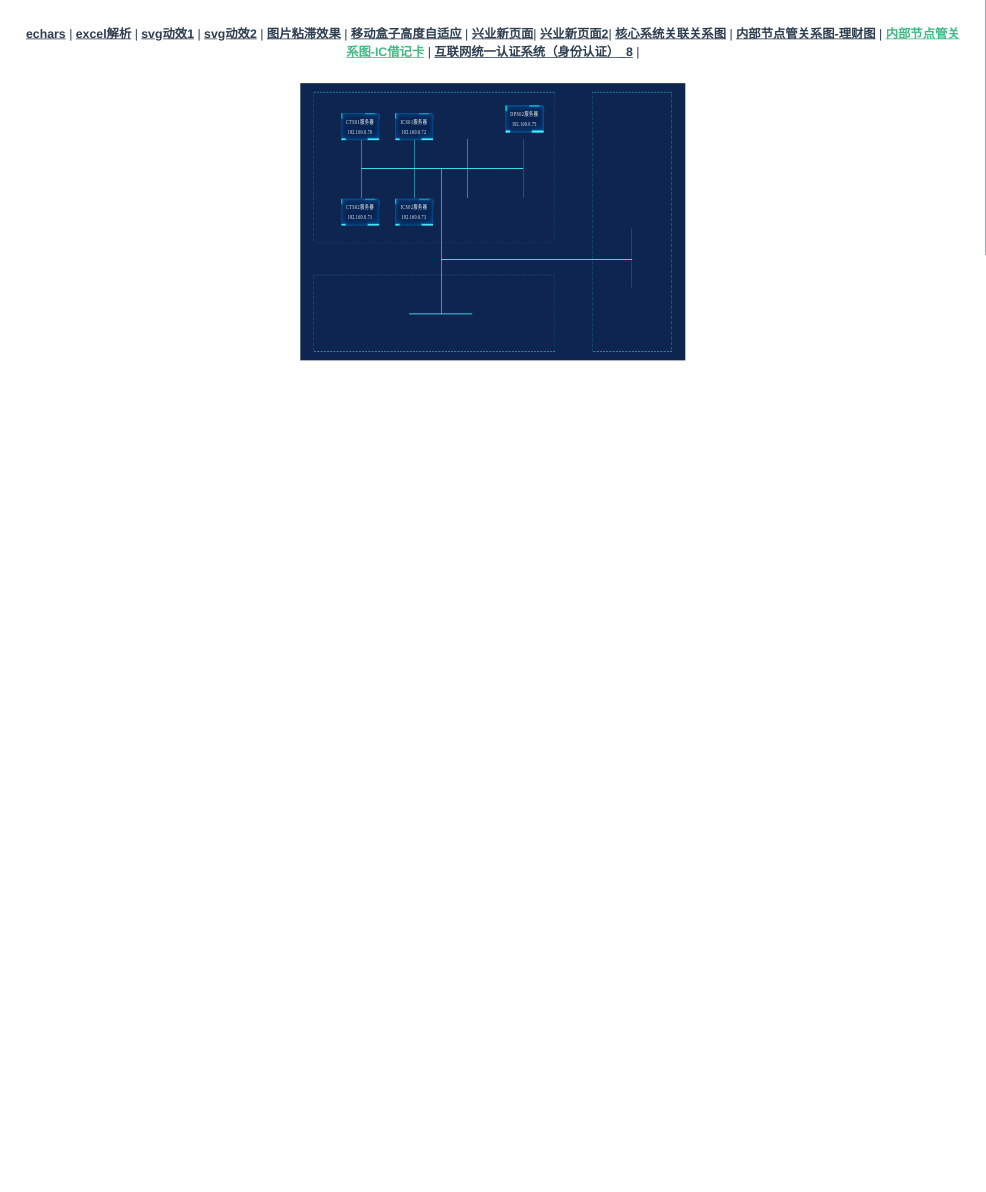
Repository: dmj199811/animation-dmj
Page: /#/work-page7
The author's editor kept a copy of each file at every save. The page is drawn from the files as they stood at one save, then again after the next save.
The browser window is 1280 px wide. The pictures show the whole page, at 77% of full size.
The project was rebuilt for these pictures with package versions that can differ from the ones it lists, and the page was loaded fresh each time.

Above is the page before, as saved 2020-07-05 13:13:51.

### src/App.vue
<template>
  <div id="app">
    <div id="nav"
         v-if="this.$store.state.pageShow">
      <router-link to="/">echars</router-link> |
      <router-link to="/xlsx-example">excel解析</router-link> |
      <router-link to="/svg-example1">svg动效1</router-link> |
      <router-link to="/svg-example2">svg动效2</router-link> |
      <router-link to="/work-message">图片粘滞效果</router-link> |
      <router-link to="/work-page2">移动盒子高度自适应</router-link> |
      <router-link to="/work-page3">兴业新页面</router-link>|
      <router-link to="/work-page4">兴业新页面2</router-link>|
      <router-link to="/work-page5">核心系统关联关系图</router-link> |
      <router-link to="/work-page6">内部节点管关系图-理财图</router-link> |
      <router-link to="/work-page7">内部节点管关系图-IC借记卡</router-link> |
      <router-link to="/work-page8">互联网统一认证系统（身份认证）_8</router-link> |
    </div>
    <router-view />
  </div>
</template>

<style lang="less">
body {
  margin: 0;
}
#app {
  font-family: Avenir, Helvetica, Arial, sans-serif;
  -webkit-font-smoothing: antialiased;
  -moz-osx-font-smoothing: grayscale;
  text-align: center;
  color: #2c3e50;
}

#nav {
  padding: 30px;

  a {
    font-weight: bold;
    color: #2c3e50;

    &.router-link-exact-active {
      color: #42b983;
    }
  }
}
</style>

### src/router/index.js
import Vue from 'vue'
import VueRouter from 'vue-router'

Vue.use(VueRouter)

const routes = [
  {
    path: '/',
    redirect: '/circle-echarts',
  },
  {
    path: '/circle-echarts',
    name: 'ani2',
    component: () => import('../views/circle-echarts/index.vue')
  },
  {
    path: '/xlsx-example',
    name: 'xlsx1',
    component: () => import('../views/xlsx1/index.vue')
  },
  {
    path: '/svg-example1',
    name: 'svg1',
    component: () => import('../views/svg1/index.vue')
  },
  {
    path: '/svg-example2',
    name: 'svg2',
    component: () => import('../views/svg2/index.vue')
  },
  {
    path: '/work-message',
    name: 'message1',
    component: () => import('../views/work/message/index.vue')
  },
  {
    path: '/work-page2',
    name: 'show1',
    component: () => import('../views/work/show1/index.vue')
  },
  {
    path: '/work-page3',
    name: 'show2',
    component: () => import('../views/newPage/index.vue')
  },
  {
    path: '/work-page4',
    name: 'show2',
    component: () => import('../views/newPage2/index.vue')
  },
  {
    path: '/work-page5',
    name: 'show3',
    component: () => import('../views/newPage3/index.vue')
  },
  {
    path: '/work-page6',
    name: 'show4',
    component: () => import('../views/newPage4/index.vue')
  },
  {
    path: '/work-page7',
    name: 'show5',
    component: () => import('../views/newPage5/index.vue')
  },
  {
    path: '/work-page8',
    name: 'show6',
    component: () => import('../views/newPage6/index.vue')
  },
]

const router = new VueRouter({
  routes
})

export default router

### src/views/newPage5/index.vue
<template>
  <div class="box">
    <div class="use-box">
      <div class="use-box-bg">


        <div class="deal-server pos1">
            <div class="deal-server-item">
              <div>CTS01服务器</div>
              <div>192.169.0.70</div>
            </div>
        </div>
        <div class="deal-server pos2">
            <div class="deal-server-item">
              <div>CTS02服务器</div>
              <div>192.169.0.71</div>
            </div>
          </div>
        <div class="deal-server pos3">
            <div class="deal-server-item">
              <div>ICS01服务器</div>
              <div>192.169.0.72</div>
            </div>
          </div>
        <div class="deal-server pos4">
            <div class="deal-server-item">
              <div>ICS02服务器</div>
              <div>192.169.0.73</div>
            </div>
          </div>
        <div class="deal-server pos5">
            <div class="deal-server-item">
              <div>DPS01服务器</div>
              <div>192.169.0.74</div>
            </div>
          </div>
        <div class="deal-server pos5">
            <div class="deal-server-item">
              <div>DPS02服务器</div>
              <div>192.169.0.75</div>
            </div>
          </div>

      </div>
    </div>
  </div>
</template>
<script>
export default {
  data () {
    return {}
  },
  mounted () {
    this.fullScreen()
    let a = {
      'ATM系统': 'N',
      '网上银行域': 'E',
      'IC借记卡系统': 'N',
      'CFP系统': 'W',
      '电话银行域': 'E',
      '金卡系统': 'N',
      '零售信贷系统': 'W',
      '联机交易转发平台': 'N',
      '核心联机交易平台': 'E',
      'OFEP': 'W',
      '会计辅助管理系统': 'W',
      '业务策略管控平台': 'E',
      '历史检索系统': 'N',
      '企业数据集成平台': 'N',
      '银联数据综合前置系统': 'E',
      '理财卡外包制卡系统': 'W',
      '数据仓库系统': 'E',
      '统一报表系统': 'W',
      '企业CRM系统': 'N'
    }

    this.dataToArray(a)
    window.onresize = () => {
      this.fullScreen()
    }
  },
  methods: {
    fullScreen () {
      $('.box').css('transform', `scale(${document.documentElement.clientWidth / 3840},${document.documentElement.clientHeight / 1440})`)
    },
    dataToArray (data) {

    }
  }
}
</script>
<style lang="less" scoped>
.box {
  text-align: left;
  transform-origin: 0 0;
  width: 3840px;
  height: 1440px;
}
.use-box {
  font-size: 18px;
  width: 1500px;
  box-sizing: border-box;
  height: 720px;
  background: #0e2550;
  margin: 0 auto;
  color: white;
}
.use-box div {
  box-sizing: border-box;
}

.use-box-bg {
  width:  100%;
  height: 100%;
  background-image: url(./img/bg-line1.png);
  background-size: 100% 100%;
  position: relative;
}
.deal-server {
  width:  150px;
  height: 70px;
  background-image: url(./img/leftBlue.png);
  background-size: 100% 100%;
  overflow: hidden;


}

.deal-server-item {
  // width:192px;
  // height:60px;
  font-size:16px;
  font-family:Adobe Heiti Std;
  font-weight:normal;
  color:rgba(255,255,255,1);
  line-height:25px;
  letter-spacing: 2px;
  text-align: center;
  margin-top: 10px;
  margin-left: -5px;
}

.deal-server-item > div:nth-child(2) {
  letter-spacing: 1px;
}
.pos1 {
  position: absolute;
  top: 78px;
  left: 160px;
}

.pos2 {
  position: absolute;
  top: 300px;
  left: 160px;
}

.pos3 {
  position: absolute;
  top: 78px;
  left: 370px;
}

.pos4 {
  position: absolute;
  top: 300px;
  left: 370px;
}

.pos5 {
  position: absolute;
  top: 58px;
  left: 800px;
}

.pos6 {
  position: absolute;
  top: 209px;
  left: 800px;
}

</style>

Loaded but not shown: public/index.html (common file); src/main.js (common file); src/store/index.js (common file)

After the next save:
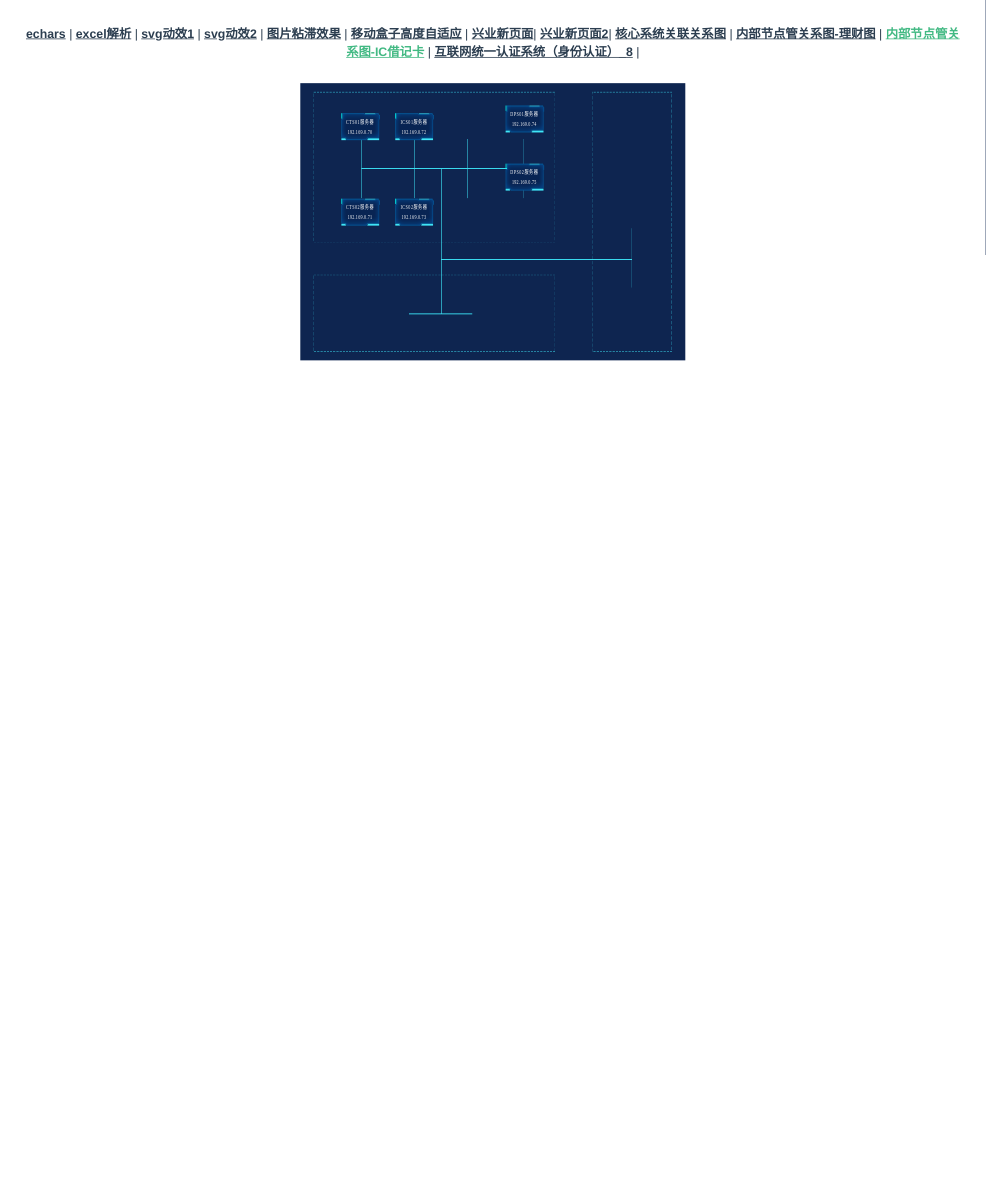
Saved 5 s later.
--- a/src/views/newPage5/index.vue
+++ b/src/views/newPage5/index.vue
@@ -34,7 +34,7 @@
               <div>192.169.0.74</div>
             </div>
           </div>
-        <div class="deal-server pos5">
+        <div class="deal-server pos6">
             <div class="deal-server-item">
               <div>DPS02服务器</div>
               <div>192.169.0.75</div>
